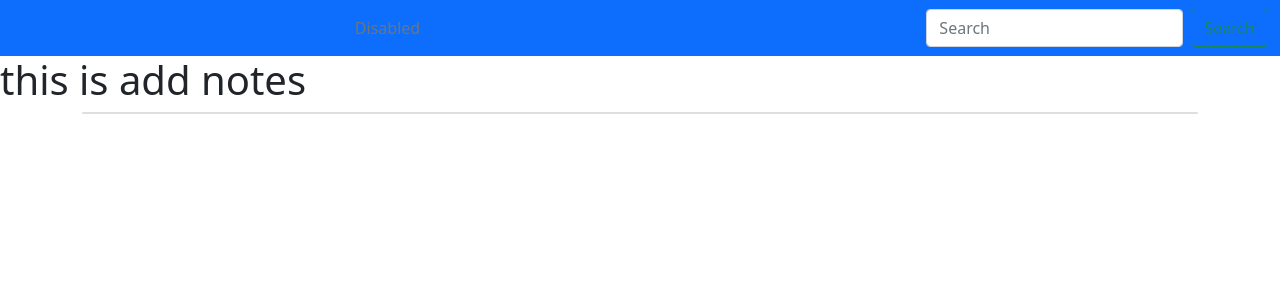
Repository: Shubham-Kumar-cmd/Hibernate
Page: http://localhost/NoteTakerApp/addNotes.jsp
An editor plug-in stored every save of this project. The page is shown before and after the next save, followed by the edit.
The browser window is 1280 px wide. The pictures show the whole page.
The page is served by Tomcat 9. Other server files are loaded and not shown.

Above is the page before, as saved 2023-02-07 09:37:38.

### NoteTakerApp/src/main/webapp/addNotes.jsp
<%@ page language="java" contentType="text/html; charset=ISO-8859-1"
    pageEncoding="ISO-8859-1"%>
    <%@include file="header.jsp" %>
<!DOCTYPE html>
<html>
<head>
<meta charset="ISO-8859-1">
<link
	href="https://cdn.jsdelivr.net/npm/bootstrap@5.0.2/dist/css/bootstrap.min.css"
	rel="stylesheet"
	integrity="sha384-EVSTQN3/azprG1Anm3QDgpJLIm9Nao0Yz1ztcQTwFspd3yD65VohhpuuCOmLASjC"
	crossorigin="anonymous">
<title>Add Notes</title>
</head>
<body>
<h1>this is add notes</h1>
<div class="container">
	<div class="card">

	</div>
</div>
</body>
</html>

### NoteTakerApp/src/main/webapp/header.jsp
<%@ page language="java" contentType="text/html; charset=ISO-8859-1"
	pageEncoding="ISO-8859-1"%>
<!DOCTYPE html>
<html>
<head>
<meta charset="ISO-8859-1">
<link
	href="https://cdn.jsdelivr.net/npm/bootstrap@5.0.2/dist/css/bootstrap.min.css"
	rel="stylesheet"
	integrity="sha384-EVSTQN3/azprG1Anm3QDgpJLIm9Nao0Yz1ztcQTwFspd3yD65VohhpuuCOmLASjC"
	crossorigin="anonymous">
<title>Header</title>
</head>
<body>
	<nav class="navbar navbar-expand-lg navbar-primary bg-primary">
		<div class="container-fluid">
			<a class="navbar-brand" href="#">NoteTaker</a>

			<div class="collapse navbar-collapse" id="navbarSupportedContent">
				<ul class="navbar-nav me-auto mb-2 mb-lg-0">
					<li class="nav-item"><a class="nav-link active"
						aria-current="page" href="showAllNotes.jsp">Show All Notes</a></li>
					<li class="nav-item"><a class="nav-link" href="addNotes.jsp">Add Notes</a></li>

					<li class="nav-item"><a class="nav-link disabled" href="#"
						tabindex="-1" aria-disabled="false">Disabled</a></li>
				</ul>
				<form class="d-flex">
					<input class="form-control me-2" type="search" placeholder="Search"
						aria-label="Search">
					<button class="btn btn-outline-success" type="submit">Search</button>
				</form>
			</div>
		</div>
	</nav>
</body>
</html>

After the next save:
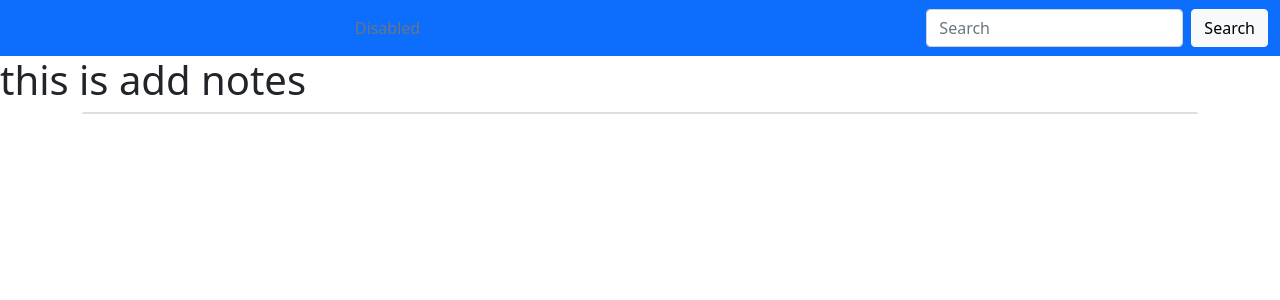
Saved 105 s later.
--- a/NoteTakerApp/src/main/webapp/header.jsp
+++ b/NoteTakerApp/src/main/webapp/header.jsp
@@ -28,7 +28,7 @@
 				<form class="d-flex">
 					<input class="form-control me-2" type="search" placeholder="Search"
 						aria-label="Search">
-					<button class="btn btn-outline-success" type="submit">Search</button>
+					<button class="btn btn-light" type="submit">Search</button>
 				</form>
 			</div>
 		</div>
